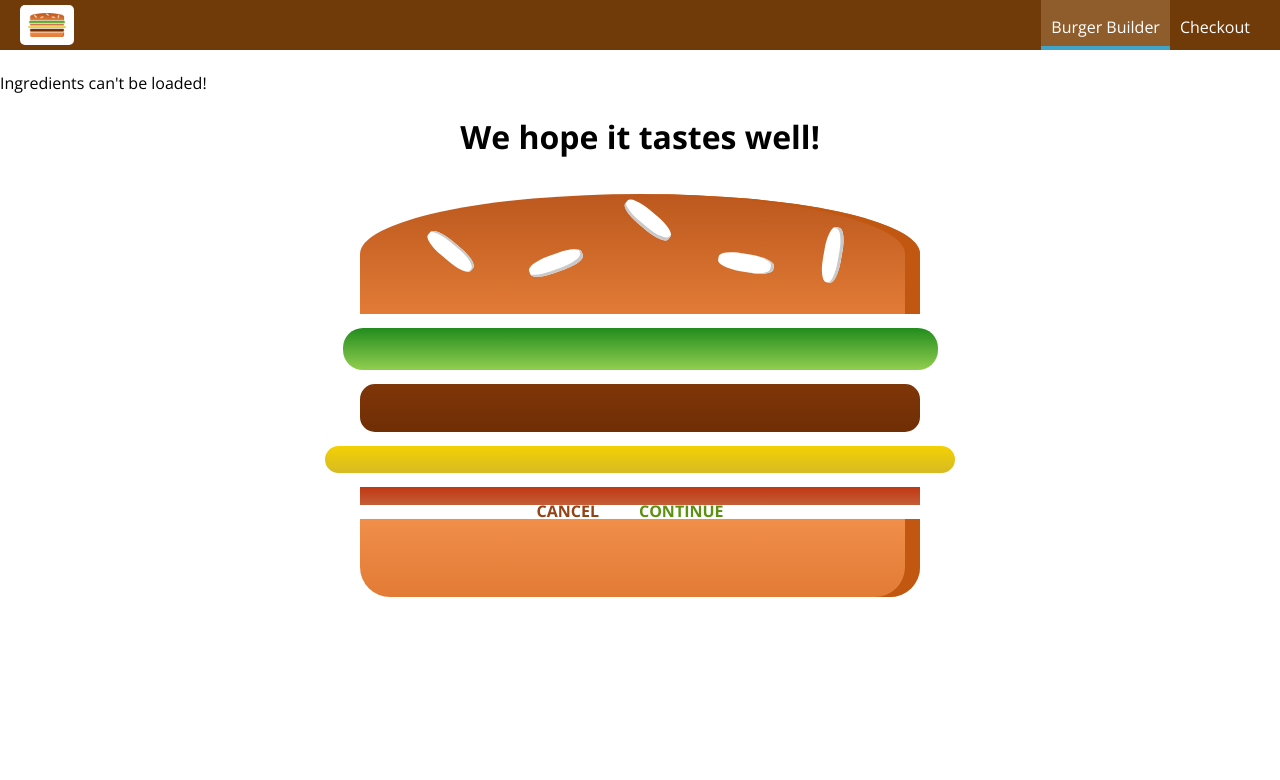
Repository: AbdulMutaal/Burger-Builder
Page: /
An editor plug-in stored every save of this project. The page is shown before and after the next save, followed by the edit.
The browser window is 1280 px wide. The pictures show the whole page.
The page's requests for data from a server got no answer. The project was rebuilt for these pictures with package versions that can differ from the ones it lists, and the page was loaded fresh each time. No one was signed in, and anything a server would have sent is missing. Also part of the build but not shown: src/components/UI/Backdrop/Backdrop.module.css, src/components/UI/Backdrop/Backdrop.js, src/components/Burger/BuildControls/BuildControls.module.css, src/components/Burger/BuildControls/BuildControl/BuildControl.module.css, src/components/Burger/BuildControls/BuildControl/BuildControl.js, src/components/Burger/BuildControls/BuildControls.js, src/components/Burger/OrderSummary/OrderSummary.js, src/components/UI/Spinner/Spinner.module.css.

Above is the page before, as saved 2021-12-15 18:45:00.

### src/index.css
body {
  margin: 0;
  font-family: "Open Sans", sans-serif;
}

### src/App.js
import Layout from './hoc/Layout/Layout';
import BurgerBuilder from './containers/BurgerBuilder/BurgerBuilder';
import Checkout from './containers/Checkout/Checkout';

function App() {
  return (
    <div>
      <Layout>
        <BurgerBuilder />
        <Checkout />
      </Layout>
    </div>
  );
}

export default App;

### src/hoc/Layout/Layout.js
import React, { Component } from 'react';

import Auxiliary from '../Auxiliary/Auxiliary';
import classes from './Layout.module.css';
import Toolbar from '../../components/Navigation/Toolbar/Toolbar';
import SideDrawer from '../../components/Navigation/SideDrawer/SideDrawer';

class Layout extends Component {
    state = {
        showSideDrawer: false
    };

    sideDrawerClosedHandler = () => {
        this.setState({showSideDrawer: false});
    }

    sideDrawerToggleHandler = () => {
        this.setState(( prevState ) => {
            return {showSideDrawer: !prevState.showSideDrawer}
        });
    }

    render () {
        return (
            <Auxiliary>
                <Toolbar drawerToggleClicked={this.sideDrawerToggleHandler} />
                <SideDrawer
                    open={this.state.showSideDrawer}
                    closed={this.sideDrawerClosedHandler} />
                <main className={classes.Content}>
                    {this.props.children}
                </main>
            </Auxiliary>
        );
    }
}


export default Layout;

### src/containers/BurgerBuilder/BurgerBuilder.js
import React, { Component } from 'react';

import Auxiliary from '../../hoc/Auxiliary/Auxiliary';
import Burger from '../../components/Burger/Burger';
import BuildControls from '../../components/Burger/BuildControls/BuildControls';
import Modal from '../../components/UI/Modal/Modal';
import OrderSummary from '../../components/Burger/OrderSummary/OrderSummary';
import axios from '../../axios-orders';
import Spinner from '../../components/UI/Spinner/Spinner';
import withErrorHandler from '../../hoc/withErrorHandler/withErrorHandler';

const INGREDIENT_PRICES = {
    salad: 0.5,
    cheese: 0.4,
    meat: 1.3,
    bacon: 0.7
};

class BurgerBuilder extends Component {
    state = {
        ingredients: null,
        totalPrice: 4,
        purchasable: false,
        purchasing: false,
        loading: false,
        error: false
    }

    componentDidMount () {
        axios.get('https://burger-builder-28ccb-default-rtdb.firebaseio.com/ingredients.json')
            .then(response => {
                if (!this.state.ingredients) {
                    this.setState({ingredients: response.data});
                }
            })
            .catch(error => {
                this.setState({error: true});
            });
    }

    updatePurchaseState (ingredients) {
        const sum = Object.keys(ingredients)
            .map(igKey => {
                return ingredients[igKey];
            })
            .reduce((sum, el) => {
                return sum + el;
            }, 0);
        this.setState({purchasable: sum > 0});
    }

    addIngredientHandler = (type) => {
        const oldCount = this.state.ingredients[type];
        const updatedCount = oldCount + 1;
        const updateIngredients = {
            ...this.state.ingredients
        };
        updateIngredients[type] = updatedCount;

        const priceAddition = INGREDIENT_PRICES[type];
        const oldPrice = this.state.totalPrice;
        const newPrice = oldPrice + priceAddition;
        this.setState({totalPrice: newPrice, ingredients: updateIngredients});
        this.updatePurchaseState(updateIngredients);
    }

    removeIngredientHandler = (type) => {
        const oldCount = this.state.ingredients[type];

        if (oldCount <= 0) {
            return;
        }

        const updatedCount = oldCount - 1;
        const updateIngredients = {
            ...this.state.ingredients
        };
        updateIngredients[type] = updatedCount;

        const priceDeduction = INGREDIENT_PRICES[type];
        const oldPrice = this.state.totalPrice;
        const newPrice = oldPrice - priceDeduction;
        this.setState({totalPrice: newPrice, ingredients: updateIngredients});
        this.updatePurchaseState(updateIngredients);
    }

    purchaseHandler = () => {
        this.setState({purchasing: true});
    }

    purchaseCancelHandler = () => {
        this.setState({purchasing: false});
    }

    purchaseContinueHandler = () => {
        //alert('You continue');
        this.setState({loading: true});
        const order = {
            ingredients: this.state.ingredients,
            price: this.state.totalPrice,
            customer: {
                name: "Tom Cruise",
                address: {
                    street: 'street 1',
                    zipCode:  '41351',
                    country: 'Germany'
                },
                email: 'test@test.com'
            },
            deliveryMethod: 'fastest'
        }
        axios.post('/orders.json', order)
            .then(response => {
                this.setState({loading: false, purchasing: false});
            })
            .catch(error => {
                this.setState({loading: false, purchasing: false});
            });
    }

    render () {
        const disabledInfo = {
            ...this.state.ingredients
        };

        for (let key in disabledInfo) {
            disabledInfo[key] = disabledInfo[key] <= 0
        }

        let orderSummary = null;

        let burger = this.state.error ? <p>Ingredients can't be loaded!</p> : <Spinner />;

        if (this.state.ingredients) {
            burger = (
                <Auxiliary>
                    <Burger ingredients={this.state.ingredients} />
                    <BuildControls
                        ingredientAdded={this.addIngredientHandler}
                        ingredientRemoved={this.removeIngredientHandler}
                        disabled={disabledInfo}
                        ordered={this.purchaseHandler}
                        purchasable={this.state.purchasable}
                        price={this.state.totalPrice} />
                </Auxiliary>
            );
            orderSummary = <OrderSummary
                ingredients={this.state.ingredients}
                price={this.state.totalPrice}
                purchaseCancelled={this.purchaseCancelHandler}
                purchaseContinue={this.purchaseContinueHandler} />;
        }

        if (this.state.loading) {
            orderSummary = <Spinner />;
        }

        return (
            <Auxiliary>
                <Modal show={this.state.purchasing} modalClosed={this.purchaseCancelHandler}>
                    {orderSummary}
                </Modal>
                {burger}
            </Auxiliary>
        );
    }
}

export default withErrorHandler(BurgerBuilder, axios);

### src/containers/Checkout/Checkout.js
import React, { Component } from 'react';

import CheckoutSummary from '../../components/Order/CheckoutSummary/CheckoutSummary';

class Checkout extends Component {
    state = {
        ingredients: {
            salad: 1,
            meat: 1,
            cheese: 1,
            bacon: 1
        }
    }

    render () {
        return (
            <div>
                <CheckoutSummary ingredients={this.state.ingredients} />
            </div>
        );
    }
}

export default Checkout;

### src/components/Navigation/Toolbar/Toolbar.js
import React from 'react';

import classes from './Toolbar.module.css';
import Logo from '../../Logo/Logo';
import NavigationItems from '../NavigationItems/NavigationItems';
import DrawerToggle from '../SideDrawer/DrawerToggle/DrawerToggle';

const toolbar = (props) => (
    <header className={classes.Toolbar}>
        <DrawerToggle clicked={props.drawerToggleClicked} />
        <div className={classes.Logo}>
            <Logo />
        </div>
        <nav className={classes.DesktopOnly}>
            <NavigationItems />
        </nav>
    </header>
);

export default toolbar;

### src/components/Navigation/SideDrawer/SideDrawer.js
import React from 'react';

import Logo from '../../Logo/Logo';
import NavigationItems from '../NavigationItems/NavigationItems';
import classes from './SideDrawer.module.css';
import Backdrop from '../../UI/Backdrop/Backdrop';
import Auxiliary from '../../../hoc/Auxiliary/Auxiliary';

const sideDrawer = (props) => {
    let attachedClasses = [classes.SideDrawer, classes.Close];

    if (props.open) {
        attachedClasses = [classes.SideDrawer, classes.Open];
    }

    return (
        <Auxiliary>
            <Backdrop show={props.open} clicked={props.closed} />
            <div className={attachedClasses.join(' ')}>
                <div className={classes.Logo}>
                    <Logo />
                </div>
                <nav>
                    <NavigationItems />
                </nav>
            </div>
        </Auxiliary>
    );
}

export default sideDrawer;

### src/components/Burger/Burger.js
import React from 'react';

import classes from './Burger.module.css';
import BurgerIngredient from './BurgerIngredient/BurgerIngredient';

const burger = (props) => {
    let transformedIngredients = Object.keys(props.ingredients)
        .map(igKey => {
            return [...Array(props.ingredients[igKey])].map((_, i) => {
                return <BurgerIngredient key={igKey + i} type={igKey} />;
            });
        })
        .reduce((arr, el) => {
            return arr.concat(el)
        }, []);

    if (transformedIngredients.length === 0) {
        transformedIngredients = <p>Please start adding ingredients!</p>;
    }

    return (
        <div className={classes.Burger}>
            <BurgerIngredient type="bread-top" />
                { transformedIngredients }
            <BurgerIngredient type="bread-bottom" />
        </div>
    );
};

export default burger;

### src/components/UI/Modal/Modal.js
import React, { Component } from 'react';

import classes from './Modal.module.css';
import Auxiliary from '../../../hoc/Auxiliary/Auxiliary';
import Backdrop from '../Backdrop/Backdrop';

class Modal extends Component {

    shouldComponentUpdate (nextProps, nextState) {
        return nextProps.show !== this.props.show || nextProps.children !== this.props.children;
    }

    // componentDidUpdate () {
    //     console.log('[Modal] Will Update');
    // }

    render () {
        return (
            <Auxiliary>
                <Backdrop show={this.props.show} clicked={this.props.modalClosed} />
                <div
                    className={classes.Modal}
                    style={{
                        transform: this.props.show ? 'translateY(0)' : 'translateY(-100vh)',
                        opacity: this.props.show ? '1' : '0'
                    }}>
                    {this.props.children}
                </div>
            </Auxiliary>
        );
    }
};

export default Modal;

### src/axios-orders.js
import axios from 'axios';

const instance = axios.create({
    baseURL: 'https://burger-builder-28ccb-default-rtdb.firebaseio.com/'
});

export default instance;

### src/hoc/withErrorHandler/withErrorHandler.js
import React, {Component} from 'react';

import Modal from '../../components/UI/Modal/Modal';
import Auxiliary from '../Auxiliary/Auxiliary';

const withErrorHandler = (WrappedComponent, axios) => {
    return class extends Component {
        constructor (props) {
            super(props);

            this.state = {
                error: null
            }

            this.reqInterceptor = axios.interceptors.request.use(req => {
                this.setState({
                    error: null
                });
                return req;
            });

            this.resInterceptor = axios.interceptors.response.use(res => res, error => {
                this.setState({
                    error: error
                });
            });
        }

        componentWillUnmount() {
            axios.interceptors.request.eject(this.reqInterceptor);
            axios.interceptors.response.eject(this.resInterceptor);
        }

        errorConfirmedHandler = () => {
            this.setState({error: null});
        }

        render () {
            return (
                <Auxiliary>
                    <Modal
                        show={this.state.error}
                        modalClosed={this.errorConfirmedHandler}>
                        {this.state.error ? this.state.error.message : null}
                    </Modal>
                    <WrappedComponent {...this.props} />
                </Auxiliary>

            );
        }
    }
}

export default withErrorHandler;

### src/components/Order/CheckoutSummary/CheckoutSummary.js
import React from 'react';

import Burger from '../../Burger/Burger';
import Button from '../../UI/Button/Button';
import classes from './CheckoutSummary.module.css';

const checkoutSummary = (props) => {
    return (
        <div className={classes.CheckoutSummary}>
            <h1>We hope it tastes well!</h1>
            <div style={{width: '100%', height: '300px', margin: 'auto'}}>
                <Burger ingredients={props.ingredients} />
            </div>
            <Button
                btnType="Danger"
                clicked >CANCEL</Button>
            <Button
                btnType="Success"
                clicked>CONTINUE</Button>
        </div>
    )
}

export default checkoutSummary;

### src/components/Navigation/Toolbar/Toolbar.module.css
.Toolbar {
    height: 50px;
    width: 100%;
    position: fixed;
    top: 0;
    left: 0;
    background-color: #703b09;
    display: flex;
    justify-content: space-between;
    align-items: center;
    padding: 0 20px;
    box-sizing: border-box;
    z-index: 90;
}

.Toolbar nav {
    height: 100%;
}

.Logo {
    height: 80%;
}

@media (max-width: 499px) {
    .DesktopOnly {
        display: none;
    }
}

### src/components/Logo/Logo.js
import React from 'react';

import burgerLogo from '../../assets/images/burger-logo.png';
import classes from './Logo.module.css';

const logo = (props) => (
    <div className={classes.Logo} style={{height: props.height}}>
        <img src={burgerLogo} alt="MyBurger" />
    </div>
);

export default logo;

### src/components/Navigation/NavigationItems/NavigationItems.js
import React from 'react';

import classes from './NavigationItems.module.css';
import NavigationItem from './NavigationItem/NavigationItem';

const navigationItems = () => (
    <ul className={classes.NavigationItems}>
        <NavigationItem link="/" active>Burger Builder</NavigationItem>
        <NavigationItem link="/">Checkout</NavigationItem>
    </ul>
);

export default navigationItems;

### src/components/Navigation/SideDrawer/SideDrawer.module.css
.SideDrawer {
    position: fixed;
    width: 280px;
    max-width: 70%;
    height: 100%;
    left: 0;
    top: 0;
    z-index: 200;
    background-color: white;
    padding: 32px 16px;
    box-sizing: border-box;
    transition: transform 0.3s ease-out;
}

@media (min-width: 500px) {
    .SideDrawer {
        display: none;
    }
}

.Open {
    transform: translateX(0);
}

.Close {
    transform: translatex(-100%);
}

.Logo {
    height: 11%;
    margin-bottom: 32px;
}

### src/components/Burger/BurgerIngredient/BurgerIngredient.js
import React from 'react';
import PropTypes from 'prop-types';

import classes from './BurgerIngredient.module.css';

const burgerIngredient = (props) => {
    let ingredient = null;

    switch (props.type) {
        case ('bread-bottom'):
            ingredient = <div className={classes.BreadBottom}></div>;
            break;
        case ('bread-top'):
            ingredient = (
                <div className={classes.BreadTop}>
                    <div className={classes.Seeds1}></div>
                    <div className={classes.Seeds2}></div>
                </div>
            );
            break;
        case ('meat'):
            ingredient = <div className={classes.Meat}></div>;
            break;
        case ('cheese'):
            ingredient = <div className={classes.Cheese}></div>;
            break;
        case ('bacon'):
            ingredient = <div className={classes.Bacon}></div>;
            break;
        case ('salad'):
            ingredient = <div className={classes.Salad}></div>;
            break;
        default:
            ingredient = null;
    }

    return ingredient;
};

burgerIngredient.propTypes = {
    type: PropTypes.string.isRequired
};

export default burgerIngredient;

### src/components/UI/Button/Button.js
import React from 'react';

import classes from './Button.module.css';

const button = (props) => (
    <button
        className={[classes.Button, classes[props.btnType]].join(' ')}
        onClick={props.clicked}>{props.children}</button>
);

export default button;

### src/components/Navigation/NavigationItems/NavigationItem/NavigationItem.js
import React from 'react';

import classes from './NavigationItem.module.css';

const navigationItem = (props) => (
    <li className={classes.NavigationItem}>
        <a
            href={props.link}
            className={props.active ? classes.active : null}>{props.children}</a>
    </li>
);

export default navigationItem;

### src/components/Burger/BurgerIngredient/BurgerIngredient.module.css
.BreadBottom {
    height: 13%;
    width: 80%;
    background: linear-gradient(#F08E4A, #e27b36);
    border-radius: 0 0 30px 30px;
    box-shadow: inset -15px 0 #c15711;
    margin: 2% auto;
}

.BreadTop {
    height: 20%;
    width: 80%;
    background: linear-gradient(#bc581e, #e27b36);
    border-radius: 50% 50% 0 0;
    box-shadow: inset -15px 0 #c15711;
    margin: 2% auto;
    position: relative;
}

.Seeds1 {
    width: 10%;
    height: 15%;
    position: absolute;
    background-color: white;
    left: 30%;
    top: 50%;
    border-radius: 40%;
    transform: rotate(-20deg);
    box-shadow: inset -2px -3px #c9c9c9;
}

.Seeds1:after {
    content: "";
    width: 100%;
    height: 100%;
    position: absolute;
    background-color: white;
    left: -170%;
    top: -260%;
    border-radius: 40%;
    transform: rotate(60deg);
    box-shadow: inset -1px 2px #c9c9c9;
  }

.Seeds1:before {
    content: "";
    width: 100%;
    height: 100%;
    position: absolute;
    background-color: white;
    left: 180%;
    top: -50%;
    border-radius: 40%;
    transform: rotate(60deg);
    box-shadow: inset -1px -3px #c9c9c9;
  }

  .Seeds2 {
    width: 10%;
    height: 15%;
    position: absolute;
    background-color: white;
    left: 64%;
    top: 50%;
    border-radius: 40%;
    transform: rotate(10deg);
    box-shadow: inset -3px 0 #c9c9c9;
  }

  .Seeds2:before {
    content: "";
    width: 100%;
    height: 100%;
    position: absolute;
    background-color: white;
    left: 150%;
    top: -130%;
    border-radius: 40%;
    transform: rotate(90deg);
    box-shadow: inset 1px 3px #c9c9c9;
  }


.Meat {
    width: 80%;
    height: 8%;
    background: linear-gradient(#7f3608, #702e05);
    margin: 2% auto;
    border-radius: 15px;
}

.Cheese {
    width: 90%;
    height: 4.5%;
    margin: 2% auto;
    background: linear-gradient(#f4d004, #d6bb22);
    border-radius: 20px;
}

.Salad {
    width: 85%;
    height: 7%;
    margin: 2% auto;
    background: linear-gradient(#228c1d, #91ce50);
    border-radius: 20px;
}

.Bacon {
    width: 80%;
    height: 3%;
    background: linear-gradient(#bf3813, #c45e38);
    margin: 2% auto;
}

### src/components/Navigation/NavigationItems/NavigationItem/NavigationItem.module.css
.NavigationItem {
    margin: 10px 0;
    box-sizing: border-box;
    display: block;
    width: 100%;
}

.NavigationItem a {
    color: #8f5c2c;
    text-decoration: none;
    width: 100%;
    box-sizing: border-box;
    display: block;
}

.NavigationItem a:hover,
.NavigationItem a:active,
.NavigationItem a.active {
    color: #40a4c8;
}

@media (min-width: 500px) {
    .NavigationItem {
        margin: 0;
        display: flex;
        height: 100%;
        width: auto;
        align-items: center;
    }

    .NavigationItem a {
        color: white;
        height: 100%;
        padding: 16px 10px;
        border-bottom: 4px solid transparent;
    }

    .NavigationItem a:hover,
    .NavigationItem a:active,
    .NavigationItem a.active {
        background-color: #8f5c2c;
        border-bottom: 4px solid #40a4c8;
        color: white;
    }
}

Loaded but not shown: public/index.html (common file); src/index.js (common file); src/reportWebVitals.js (common file); src/hoc/Auxiliary/Auxiliary.js (common file); src/hoc/Layout/Layout.module.css (common file); src/components/UI/Spinner/Spinner.js (common file); src/components/Navigation/SideDrawer/DrawerToggle/DrawerToggle.js (common file); src/components/Burger/Burger.module.css (common file); src/components/UI/Modal/Modal.module.css (common file); src/components/Order/CheckoutSummary/CheckoutSummary.module.css (common file); src/components/Logo/Logo.module.css (common file); src/components/Navigation/NavigationItems/NavigationItems.module.css (common file); src/components/Navigation/SideDrawer/DrawerToggle/DrawerToggle.module.css (common file); src/components/UI/Button/Button.module.css (common file)

After the next save:
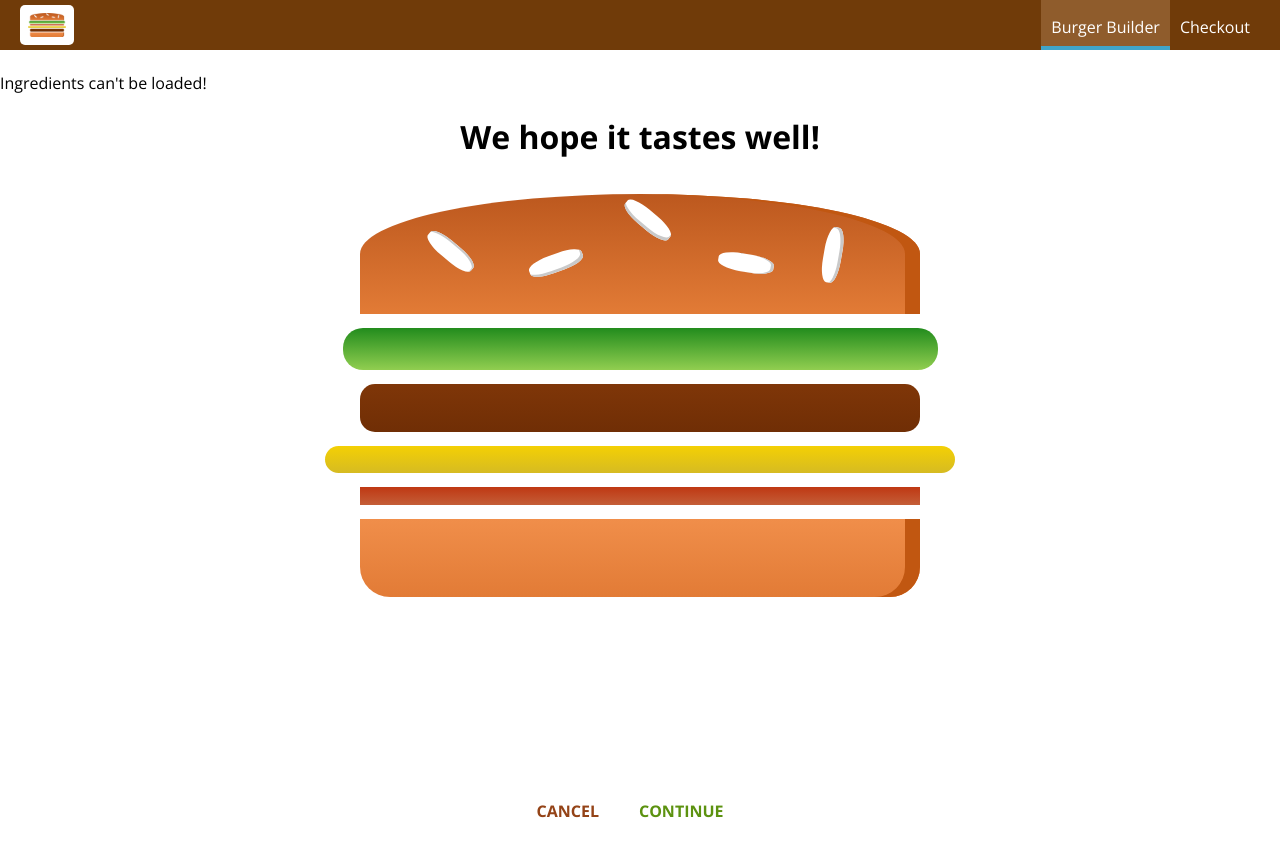
Saved 54 s later.
--- a/src/components/Order/CheckoutSummary/CheckoutSummary.js
+++ b/src/components/Order/CheckoutSummary/CheckoutSummary.js
@@ -8,7 +8,7 @@ const checkoutSummary = (props) => {
     return (
         <div className={classes.CheckoutSummary}>
             <h1>We hope it tastes well!</h1>
-            <div style={{width: '100%', height: '300px', margin: 'auto'}}>
+            <div style={{width: '100%', margin: 'auto'}}>
                 <Burger ingredients={props.ingredients} />
             </div>
             <Button
